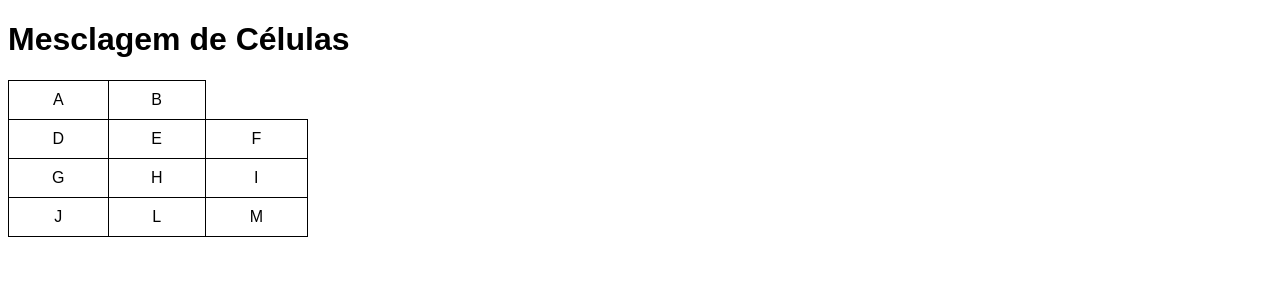
Repository: ClaytonEduard/cursoemvideo
Page: html-css/ex023/tabela003.html
The author's editor kept a copy of each file at every save. The page is drawn from the files as they stood at one save, then again after the next save.
The browser window is 1280 px wide. The pictures show the whole page.

Above is the page before, as saved 2022-12-08 16:47:24.

After the next save:
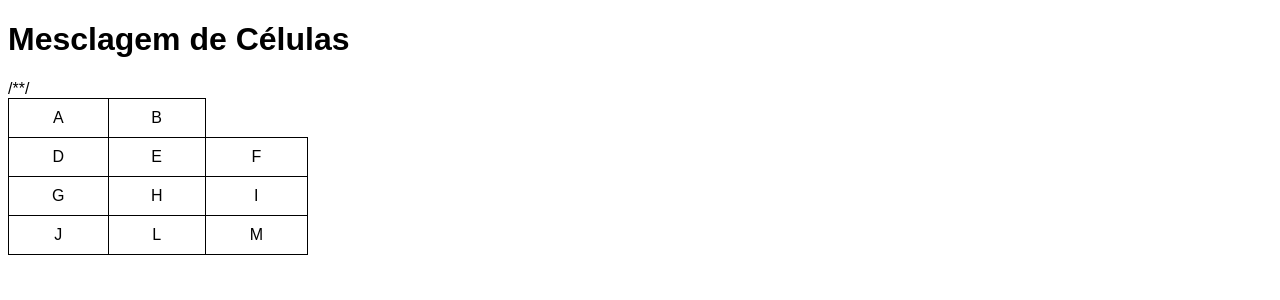
Saved 33 s later.
--- a/html-css/ex023/tabela003.html
+++ b/html-css/ex023/tabela003.html
@@ -28,6 +28,7 @@
     <table>
         <tr>
             <td>A</td>
+            /**/
             <td>B</td>
 
         </tr>
